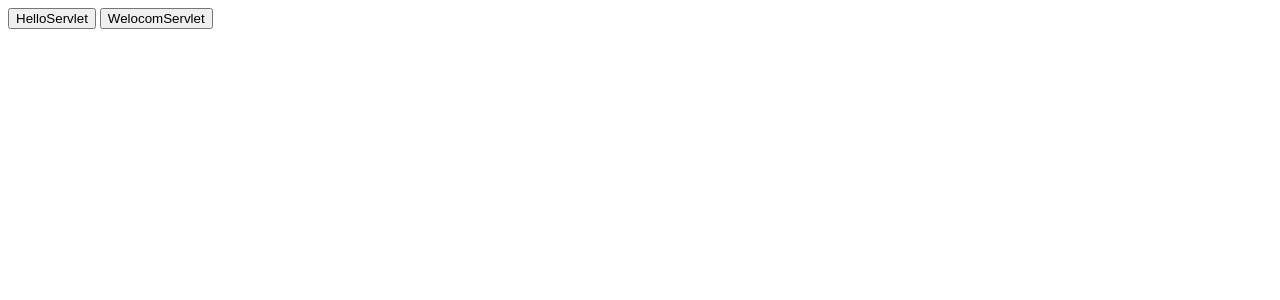
Repository: unosaan/test
Page: http://localhost/HelloServlet/
An editor plug-in stored every save of this project. The page is shown before and after the next save, followed by the edit.
The browser window is 1280 px wide. The pictures show the whole page.
The page is served by Tomcat 9.

Above is the page before, as saved 2018-04-06 11:26:49.

After the next save:
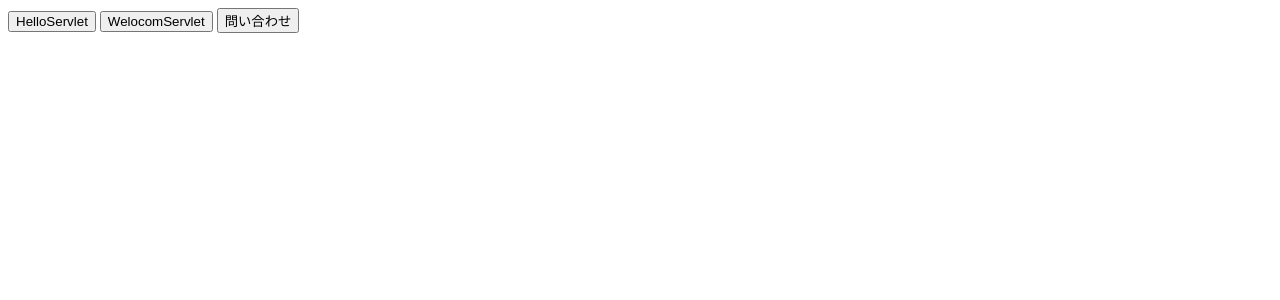
Console error (its wording comes from the project's code and is left out).
Saved 2 min 29 s later.
--- a/HelloServlet/WebContent/index.jsp
+++ b/HelloServlet/WebContent/index.jsp
@@ -9,5 +9,6 @@
 <body>
 <input type="button" value="HelloServlet" onClick="location.href='HelloServlet'">
 <input type="button" value="WelocomServlet" onClick="location.href='welcome.jsp'">
+<input type="button" value="問い合わせ" onClick=location.href='inquiry.jsp'">
 </body>
 </html>
